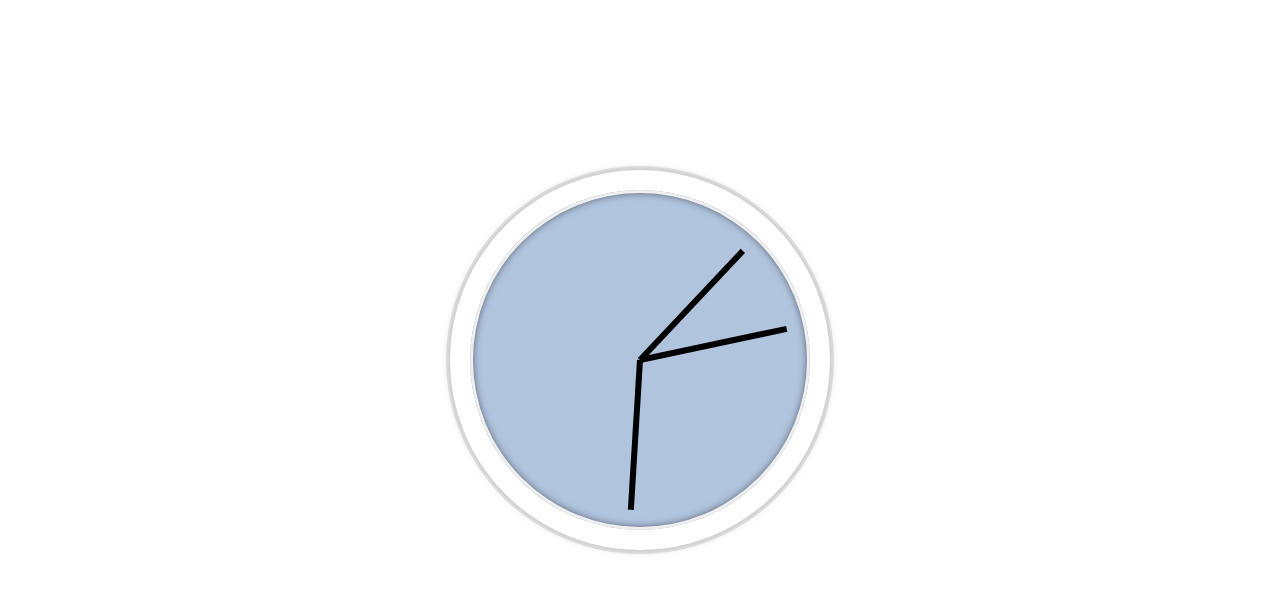
Repository: glgeorgiou/100-days-of-code-projects
Page: Javascript 30 Days/Day2 Clock/index.html
The author's editor kept a copy of each file at every save. The page is drawn from the files as they stood at one save, then again after the next save.
The browser window is 1280 px wide. The pictures show the whole page.

Above is the page before, as saved 2020-04-23 17:59:33.

### Javascript 30 Days/Day2 Clock/index.html
<!DOCTYPE html>
<html lang="en">
<head>
  <meta charset="UTF-8">
  <title>JS + CSS Clock</title>
</head>
<body>


    <div class="clock">
      <div class="clock-face">
        <div class="hand hour-hand"></div>
        <div class="hand min-hand"></div>
        <div class="hand second-hand"></div>
      </div>
    </div>


  <style>
    html {
      background-size: cover;
      font-family: 'helvetica neue';
      text-align: center;
      font-size: 10px;
    }

    body {
      margin: 0;
      font-size: 2rem;
      display: flex;
      flex: 1;
      min-height: 100vh;
      align-items: center;
    }

    .clock {
      width: 30rem;
      height: 30rem;
      border: 20px solid white;
      border-radius: 50%;
      margin: 50px auto;
      position: relative;
      padding: 2rem;
      box-shadow:
        0 0 0 4px rgba(0,0,0,0.1),
        inset 0 0 0 3px #EFEFEF,
        inset 0 0 10px black,
        0 0 10px rgba(0,0,0,0.2);
        background-color: rgb(176, 196, 222);
    }

    .clock-face {
      position: relative;
      width: 100%;
      height: 100%;
      transform: translateY(-3px); /* account for the height of the clock hands */
    }

    .hand {
      width: 50%;
      height: 6px;
      background: black;
      position: absolute;
      top: 50%;
      transform-origin: 100%;
      transform: rotate(90deg);
      transition: all 0.05s;  /*Smooth change*/
      transition-timing-function: cubic-bezier(0.1, 2.7, 0.58, 1); /*Smooth change*/
    }

  </style>

  <script>

    function setDate() {
      const now = new Date();
      const seconds = now.getSeconds();
      const minutes = now.getMinutes();
      const hours = now.getHours();


      const secondsDegrees = ((seconds/60)*360)+90; //Convert seconds to degrees
      const minutesDegrees = ((minutes/60)*360) + ((seconds/60)*6)+90; //Convert minutes to degrees
      const hoursDegrees = ((hours/12)*360) + ((minutes/60)*30)+90; //Convert hours to degrees

      //Seconds
      secondsHand = document.querySelector('.second-hand');
      secondsHand.style.transform = `rotate(${secondsDegrees}deg)`;

      //Minutes
      minutesHand = document.querySelector('.min-hand');
      minutesHand.style.transform = `rotate(${minutesDegrees}deg)`;

      //Hours
      hoursHand = document.querySelector('.hour-hand');
      hoursHand.style.transform = `rotate(${hoursDegrees}deg)`;
    }

    setInterval(setDate, 1000);
  </script>
</body>
</html>

After the next save:
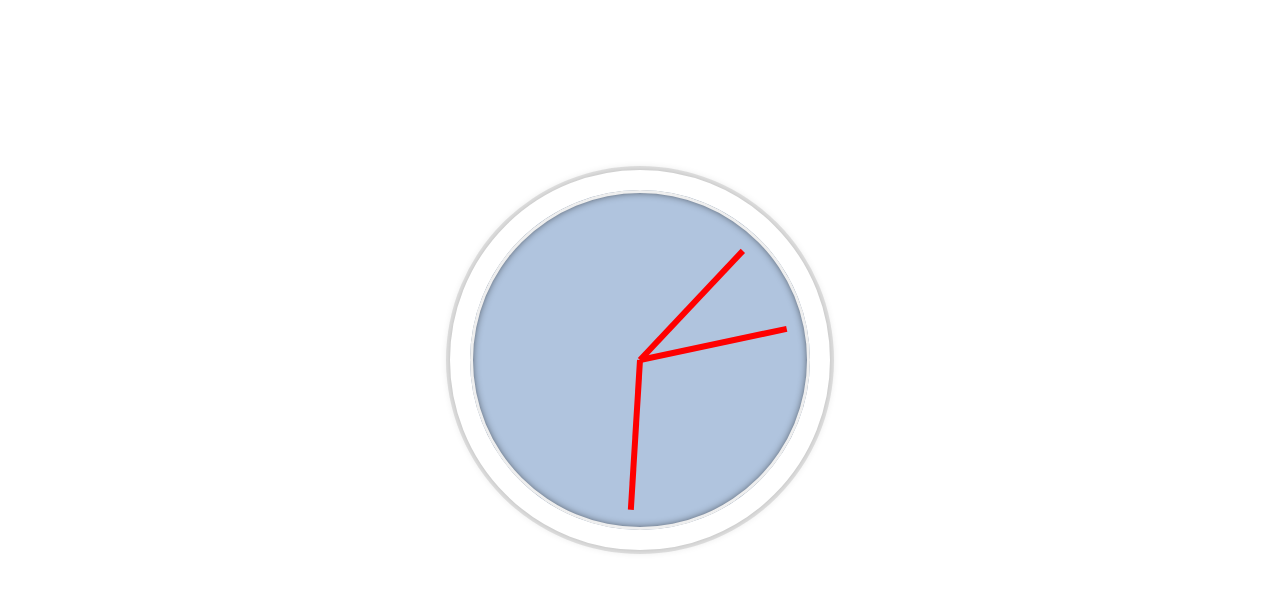
Saved 107 s later.
--- a/Javascript 30 Days/Day2 Clock/index.html
+++ b/Javascript 30 Days/Day2 Clock/index.html
@@ -68,6 +68,10 @@
       transition-timing-function: cubic-bezier(0.1, 2.7, 0.58, 1); /*Smooth change*/
     }
 
+    .hour-hand {background-color: red;}
+    .min-hand {background-color: red;}
+    .second-hand {background-color: red;}
+
   </style>
 
   <script>
